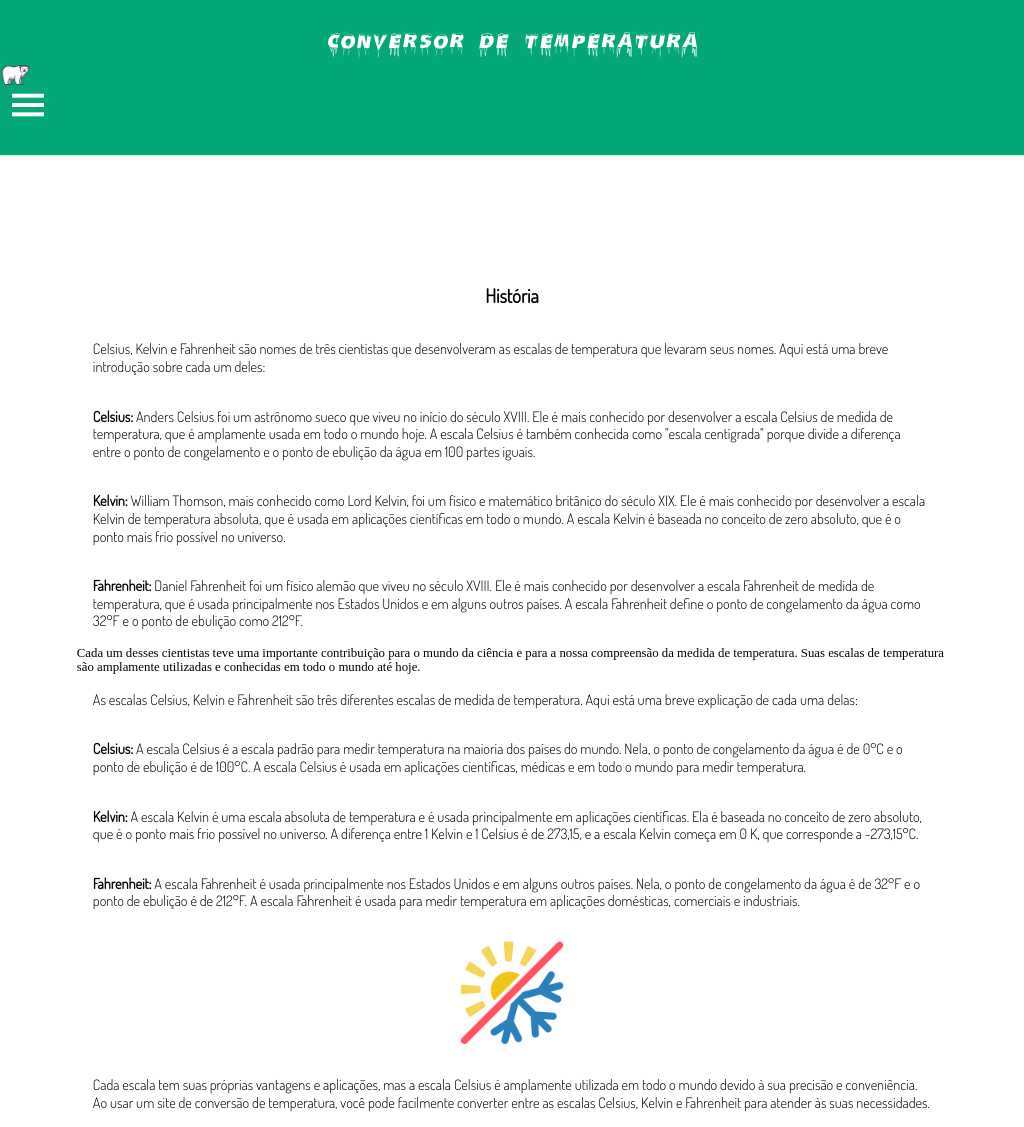
Repository: Leonngc/Conversor-de-temperatura
Page: history.html
These files come from the project's save history. The page is drawn as it stood at one moment and after the next save; the edit follows.
The browser window is 1280 px wide. The pictures show the whole page, at 80% of full size.
Some web libraries are served in a nearby version.

Above is the page before, as saved 2023-02-12 01:00:11.

### history.html
<!DOCTYPE html>
<html lang="pt-br">
  <head>
    <meta charset="UTF-8" />
    <meta http-equiv="X-UA-Compatible" content="IE=edge" />
    <meta name="viewport" content="width=device-width, initial-scale=1.0" />
    <link
      rel="stylesheet"
      href="https://cdn-uicons.flaticon.com/uicons-bold-straight/css/uicons-bold-straight.css"
    />
    <link
      rel="stylesheet"
      href="https://cdn-uicons.flaticon.com/uicons-brands/css/uicons-brands.css"
    />
    <link rel="stylesheet" href="history.css" />
    <script src="scripts/menu.js" defer></script>
    <title>História</title>
  </head>
  <body>
    <header>
      <h1>Conversor de Temperatura</h1>
      <img src="image/urso-polar.png" alt="" /><button id="menu-button">
        <i class="fi fi-bs-menu-burger"></i>
      </button>

      <menu>
        <ul id="links-menu">
          <li><a href="about.html">Sobre a página</a></li>
          <li><a href="history.html">História</a></li>
          <li><a href="projects.html">Outros Projetos</a></li>
        </ul>
      </menu>
    </header>
    <main>
      <h2>História</h2>

      <article>
        <p>Celsius, Kelvin e Fahrenheit são nomes de três cientistas que desenvolveram as escalas de temperatura que levaram seus nomes. Aqui está uma breve introdução sobre cada um deles:</p>

<p><strong>Celsius:</strong> Anders Celsius foi um astrônomo sueco que viveu no início do século XVIII. Ele é mais conhecido por desenvolver a escala Celsius de medida de temperatura, que é amplamente usada em todo o mundo hoje. A escala Celsius é também conhecida como "escala centígrada" porque divide a diferença entre o ponto de congelamento e o ponto de ebulição da água em 100 partes iguais.</p>

<p><strong>Kelvin:</strong> William Thomson, mais conhecido como Lord Kelvin, foi um físico e matemático britânico do século XIX. Ele é mais conhecido por desenvolver a escala Kelvin de temperatura absoluta, que é usada em aplicações científicas em todo o mundo. A escala Kelvin é baseada no conceito de zero absoluto, que é o ponto mais frio possível no universo.</p>

<p><strong>Fahrenheit:</strong> Daniel Fahrenheit foi um físico alemão que viveu no século XVIII. Ele é mais conhecido por desenvolver a escala Fahrenheit de medida de temperatura, que é usada principalmente nos Estados Unidos e em alguns outros países. A escala Fahrenheit define o ponto de congelamento da água como 32°F e o ponto de ebulição como 212°F.</p>

Cada um desses cientistas teve uma importante contribuição para o mundo da ciência e para a nossa compreensão da medida de temperatura. Suas escalas de temperatura são amplamente utilizadas e conhecidas em todo o mundo até hoje.
      </article>

      <article>
        <p>
          As escalas Celsius, Kelvin e Fahrenheit são três diferentes escalas de
          medida de temperatura. Aqui está uma breve explicação de cada uma
          delas:
        </p>

        <p>
          <strong>Celsius:</strong> A escala Celsius é a escala padrão para
          medir temperatura na maioria dos países do mundo. Nela, o ponto de
          congelamento da água é de 0°C e o ponto de ebulição é de 100°C. A
          escala Celsius é usada em aplicações científicas, médicas e em todo o
          mundo para medir temperatura.
        </p>

        <p>
          <strong>Kelvin:</strong> A escala Kelvin é uma escala absoluta de
          temperatura e é usada principalmente em aplicações científicas. Ela é
          baseada no conceito de zero absoluto, que é o ponto mais frio possível
          no universo. A diferença entre 1 Kelvin e 1 Celsius é de 273,15, e a
          escala Kelvin começa em 0 K, que corresponde a -273,15°C.
        </p>
        <p>
          <strong>Fahrenheit:</strong> A escala Fahrenheit é usada
          principalmente nos Estados Unidos e em alguns outros países. Nela, o
          ponto de congelamento da água é de 32°F e o ponto de ebulição é de
          212°F. A escala Fahrenheit é usada para medir temperatura em
          aplicações domésticas, comerciais e industriais.
        </p>
        <div>
            <img src="image/temperaturas.png" alt="">
        </div>
        <p>
          Cada escala tem suas próprias vantagens e aplicações, mas a escala
          Celsius é amplamente utilizada em todo o mundo devido à sua precisão e
          conveniência. Ao usar um site de conversão de temperatura, você pode
          facilmente converter entre as escalas Celsius, Kelvin e Fahrenheit
          para atender às suas necessidades.
        </p>
      </article>
    </main>
  </body>
</html>

### history.css
@charset "UTF-8";
@import url('https://fonts.googleapis.com/css2?family= Dosis:wght@300 & display = swap');
@font-face {
    font-family: Title;
    src: url(fonts/IceCaps.ttf);
}

:root{
    --yellow: #F7FF58;
    --snow: #FBFBFF;
    --blackout: #040F16;
    --dosis: 'Dosis', sans-serif;
}

*{
    margin: 0;
    padding: 0;
    box-sizing: border-box;
}

header{
    background-color: #04A777;
    margin-bottom: 140px;
    max-width: 100vw;
    color: white;
    height: 27vh;
}

header > img{
    display: block;
    width: 38px;
}

header > h1{
    font-family: Title, sans-serif;
    font-weight: lighter;
    text-align: center;
    font-size: 35px;
    padding-top: 40px;
}

menu{
    background-color: #05C78D;
    padding: 10px;
    max-width: 100vw;
    display: none;
}

menu > ul{
    margin-left: 20px;
    font-size: 20px;
    font-family: var(--dosis);
    font-weight: bold;
    color: white;
}

menu > ul > li{
    padding: 5px;
}

li > a{
    text-decoration: none;
    color: #FBFBFF;
}

li > a:hover{
    color: #03583e;
    text-decoration: underline;
}

#menu-button{
    background-color: #03583e00;
    border: none;
    color: white;
    font-size: 40px;
    margin-left: 15px;
    margin-bottom: 12px;
}

main{
    margin: auto;
    width: 85vw;
}

main > h2{
    text-align: center;
    font-family: var(--dosis);
    padding: 20px;
}

article > p{
    font-family: var(--dosis);
    font-size: 18px;
    padding: 20px;
}

div > img{
    display: block;
    margin: auto;
    padding: 20px;
}

### scripts/menu.js
const menu = document.getElementById('menu-button');
const linkMenu = document.querySelector('menu')


menu.addEventListener('click', event =>{


    if(linkMenu.style.display =='none'){
        linkMenu.style.display = 'block'
    }else{
           linkMenu.style.display = 'none';
    }
})

After the next save:
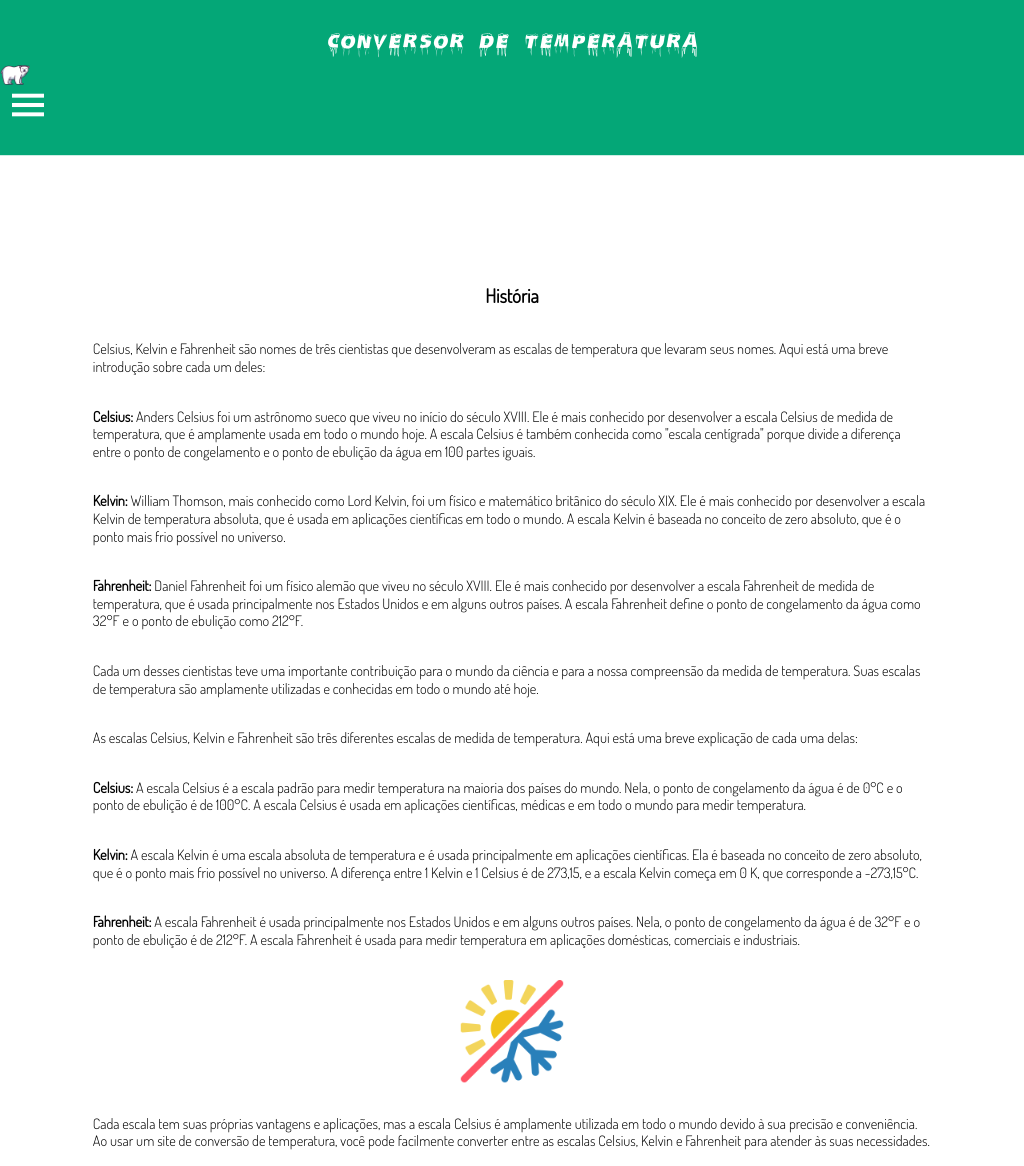
Saved 13 s later.
--- a/history.html
+++ b/history.html
@@ -43,7 +43,7 @@
 
 <p><strong>Fahrenheit:</strong> Daniel Fahrenheit foi um físico alemão que viveu no século XVIII. Ele é mais conhecido por desenvolver a escala Fahrenheit de medida de temperatura, que é usada principalmente nos Estados Unidos e em alguns outros países. A escala Fahrenheit define o ponto de congelamento da água como 32°F e o ponto de ebulição como 212°F.</p>
 
-Cada um desses cientistas teve uma importante contribuição para o mundo da ciência e para a nossa compreensão da medida de temperatura. Suas escalas de temperatura são amplamente utilizadas e conhecidas em todo o mundo até hoje.
+<p>Cada um desses cientistas teve uma importante contribuição para o mundo da ciência e para a nossa compreensão da medida de temperatura. Suas escalas de temperatura são amplamente utilizadas e conhecidas em todo o mundo até hoje.</p>
       </article>
 
       <article>
